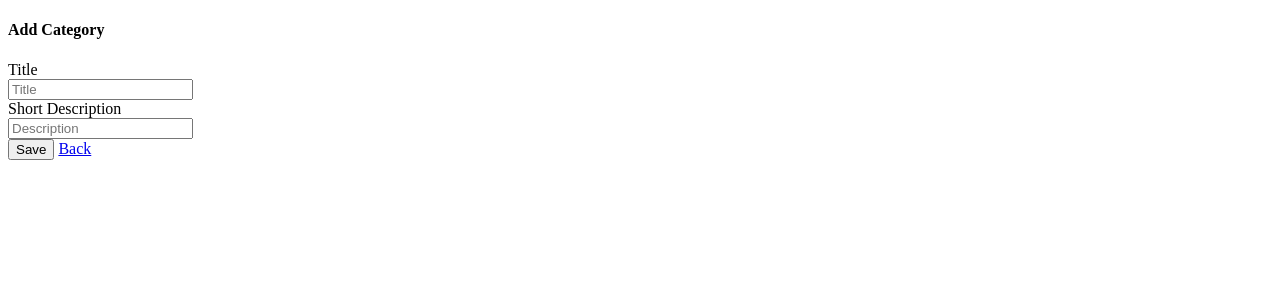
Repository: Hai1820/News
Page: http://localhost/Servlet-Basic/views/admin/category/list-add.jsp
These files come from the project's save history. The page is drawn as it stood at one moment and after the next save; the edit follows.
The browser window is 1280 px wide. The pictures show the whole page.
The page is served by Tomcat 9. Nobody is signed in. The application's start-up code is not run. Other server files are loaded and not shown.

Above is the page before, as saved 2021-07-17 09:02:37.

### Servlet-Basic/src/main/webapp/views/admin/category/list-add.jsp
<%@ page language="java" contentType="text/html; charset=UTF-8"
	pageEncoding="UTF-8"%>
<!DOCTYPE html>
<html>
<head>
<meta charset="UTF-8">
<title>Thêm mới thể loại</title>
</head>
<body>
	<div class="row bg-title">
		<div class="col-lg-3 col-md-4 col-sm-4 col-xs-12">
			<h4 class="page-title">Add Category</h4>
		</div>
	</div>
	<!-- /.row -->
	<!-- .row -->
	<div class="row">
		<div class="col-md-2 col-12"></div>
		<div class="col-md-8 col-xs-12">
			<div class="white-box">
				<form method="post"
					action="<%=request.getContextPath() + "/admin/category/add"%>"
					class="form-horizontal form-material">
					<input type="hidden" name="id" value=""
						class="form-control form-control-line">
					<div class="form-group">
						<label class="col-md-12">Title</label>
						<div class="col-md-12">
							<input value="" name="title" type="text" placeholder="Title"
								class="form-control form-control-line">
						</div>
					</div>
					<div class="form-group">
						<label class="col-md-12">Short Description</label>
						<div class="col-md-12">
							<input value="" name="shortdescription" type="text"
								placeholder="Description" class="form-control form-control-line">
						</div>
					</div>

					<div class="form-group">
						<div class="col-sm-12">
							<button type="submit" class="btn btn-success">Save </button>
							<a href='<c:url value = "/admin/news/list"/>'
								class="btn btn-primary">Back</a>
						</div>
					</div>
				</form>
			</div>
		</div>
		<div class="col-md-2 col-12"></div>
	</div>
</body>
</html>

After the next save:
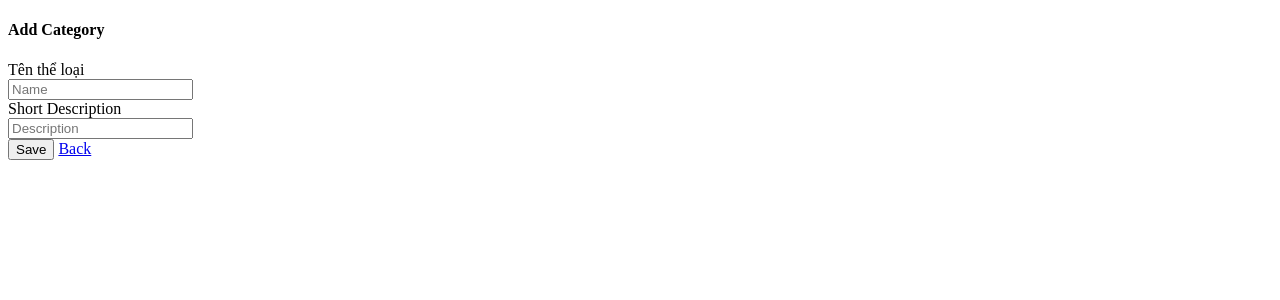
Saved 68 s later.
--- a/Servlet-Basic/src/main/webapp/views/admin/category/list-add.jsp
+++ b/Servlet-Basic/src/main/webapp/views/admin/category/list-add.jsp
@@ -24,9 +24,9 @@
 					<input type="hidden" name="id" value=""
 						class="form-control form-control-line">
 					<div class="form-group">
-						<label class="col-md-12">Title</label>
+						<label class="col-md-12">Tên thể loại</label>
 						<div class="col-md-12">
-							<input value="" name="title" type="text" placeholder="Title"
+							<input value="" name="name" type="text" placeholder="Name"
 								class="form-control form-control-line">
 						</div>
 					</div>
